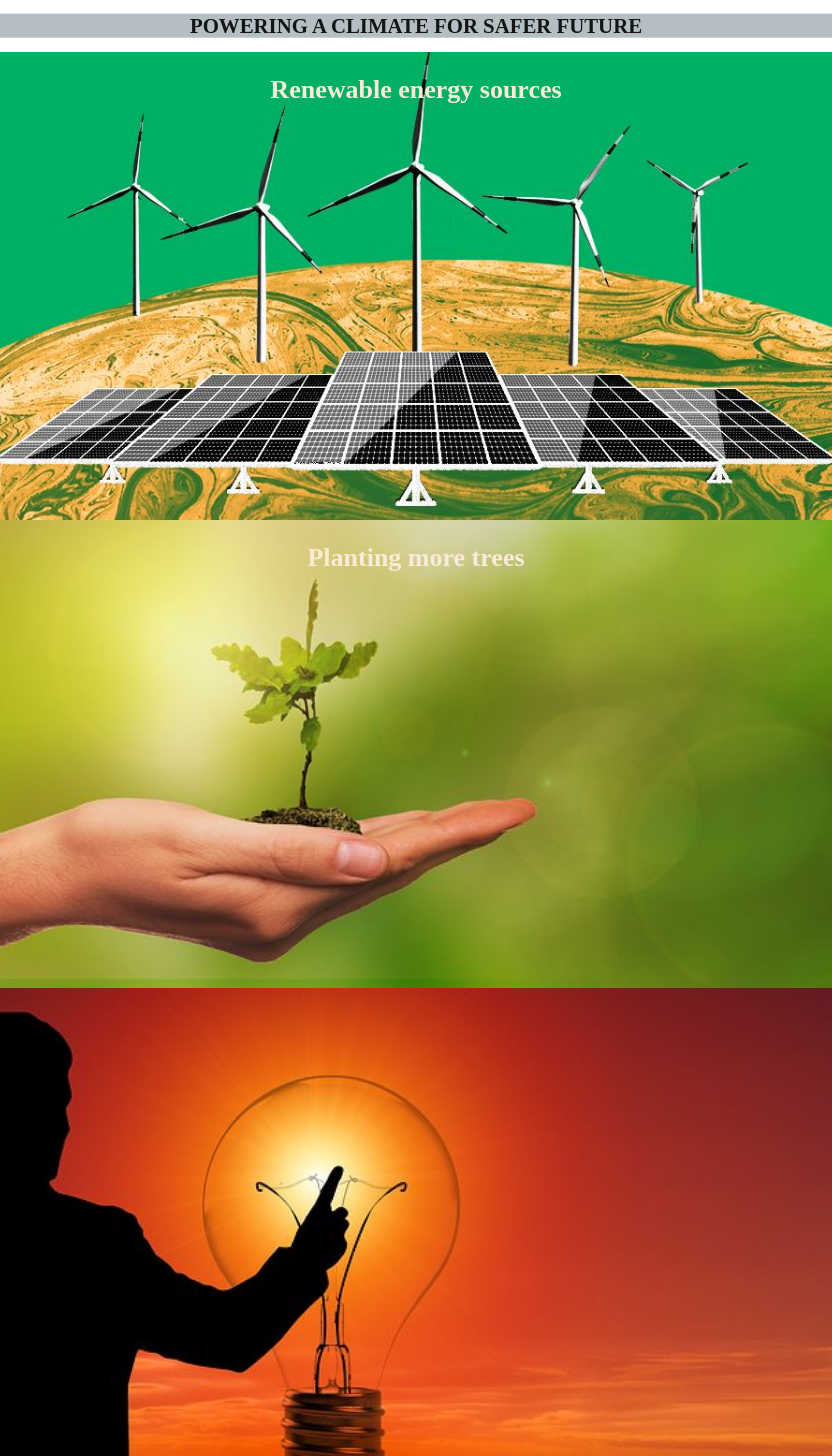
Repository: NavinDayanithi/static-web-design-competition
Page: index.html
An editor plug-in stored every save of this project. The page is shown before and after a run of saves, followed by the edit.
The browser window is 1280 px wide. The pictures show the whole page, at 65% of full size.
Backgrounds fixed to the window are drawn as part of the page.

Above is the page before, as saved 2023-04-28 20:21:03.

After the next 2 saves:
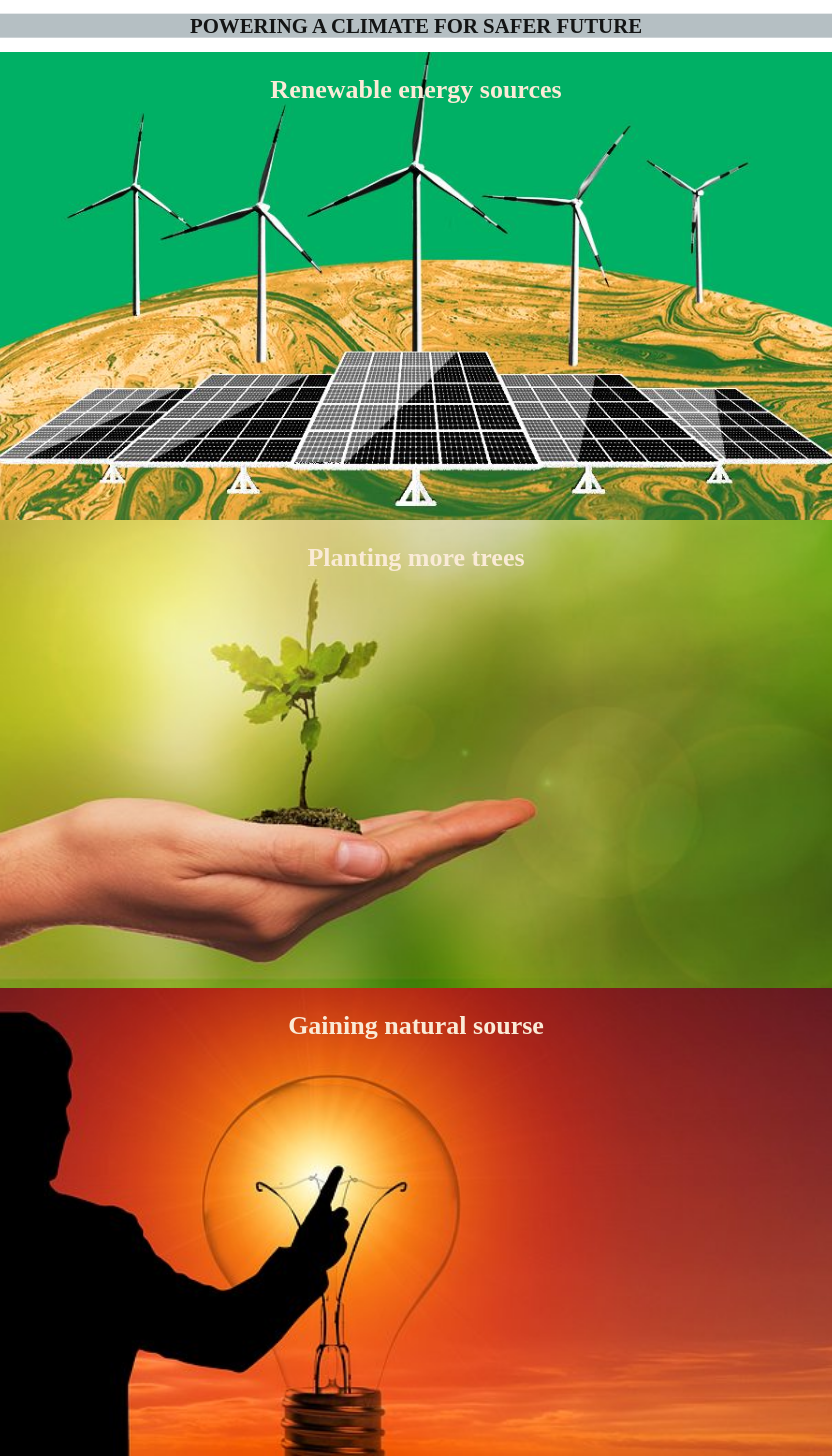
The 2 saves are shown as one change because they came seconds apart.
The last was saved 10 s later.
--- a/index.html
+++ b/index.html
@@ -13,7 +13,7 @@
         <h2>Planting more trees</h2>
     </div>
     <div class="box3">
-        <h2></h2>
+        <h2>Gaining natural sourse</h2>
     </div>
 </body>
 </html>
